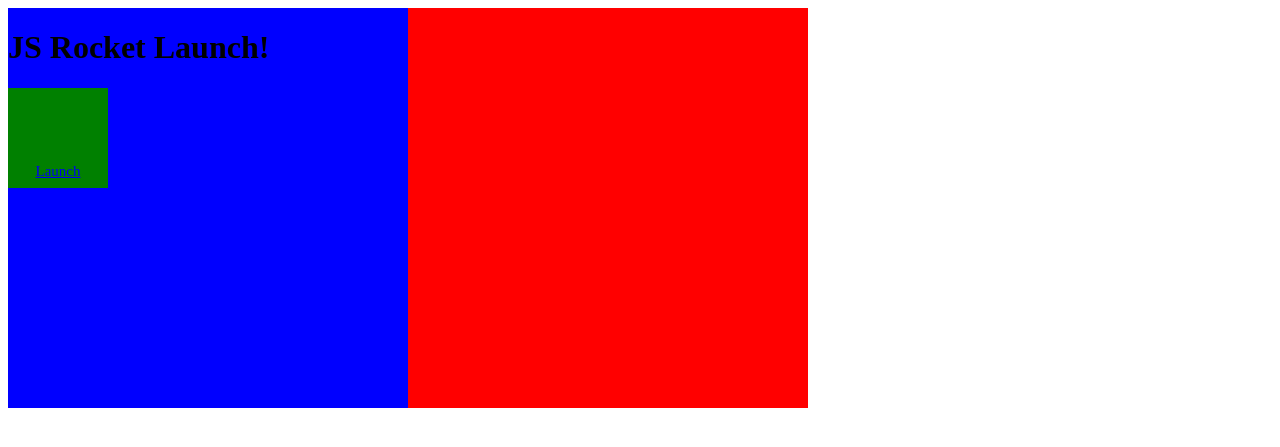
Repository: alcarrizo/Rocket-launch
Page: index.html
An editor plug-in stored every save of this project. The page is shown before and after a run of saves, followed by the edit.
The browser window is 1280 px wide. The pictures show the whole page.

Above is the page before, as saved 2022-10-19 19:34:11.

After the next 2 saves:
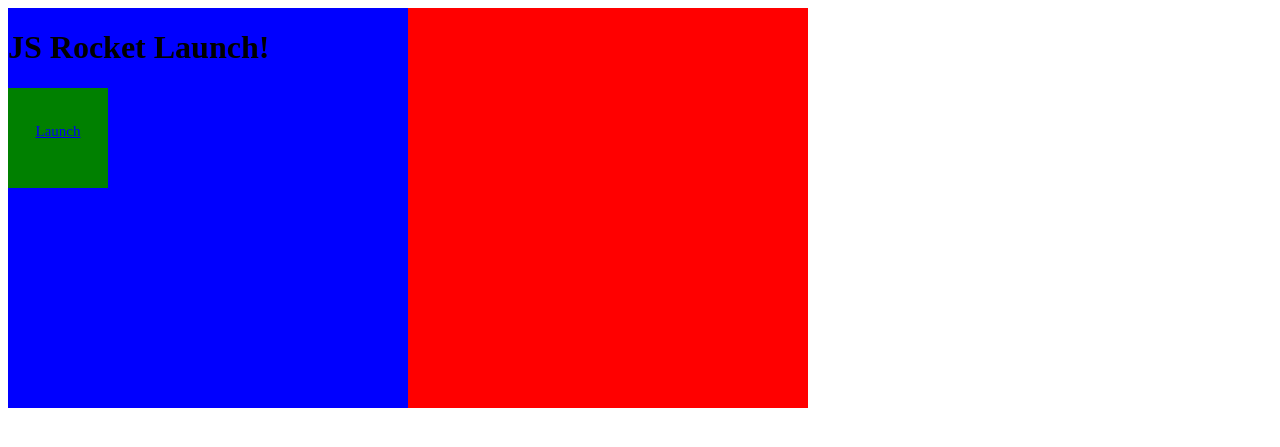
The 2 saves are shown as one change because they came seconds apart.
The last was saved 11 s later.
--- a/css/style.css
+++ b/css/style.css
@@ -18,7 +18,7 @@ a.button {
     display: block;
     box-sizing: border-box;
     text-align: center;
-    padding-top: 75px;
+    padding-top: 35px;
     height: 100px;
     width: 100px;
     font-size: 15px;
